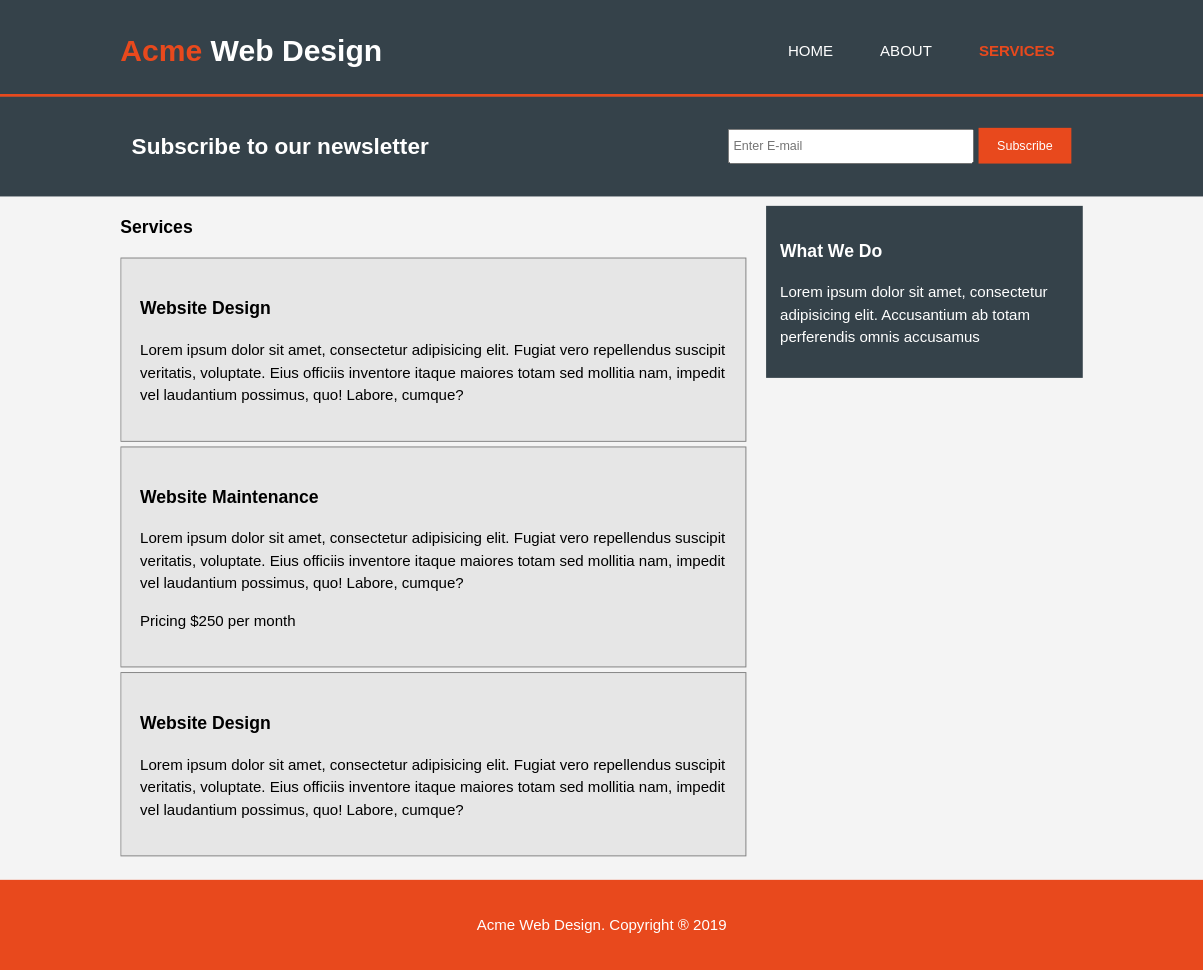
Repository: soloestuardo/bootstrap
Page: proyectos/yout/services.html
The author's editor kept a record of every edit. The page is drawn from the files as they stood at one moment, then again after the next edit.
The browser window is 1280 px wide. The pictures show the whole page, at 94% of full size.
Some web libraries are served in a nearby version.

Above is the page before.

After the next edit:
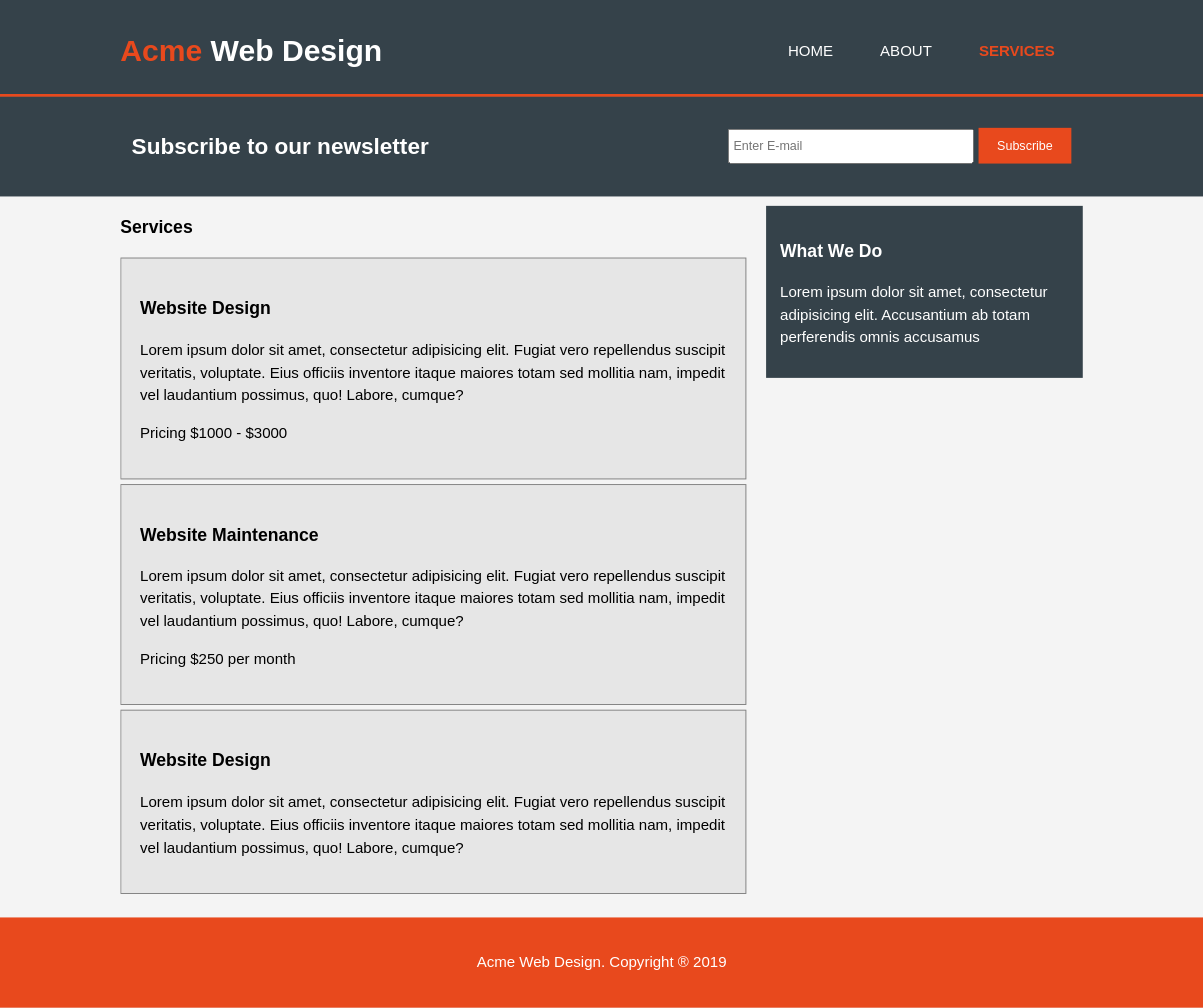
The edit:
--- a/proyectos/yout/services.html
+++ b/proyectos/yout/services.html
@@ -60,6 +60,7 @@
                 <ul id="services">
                     <li><h3>Website Design</h3>
                     <p>Lorem ipsum dolor sit amet, consectetur adipisicing elit. Fugiat vero repellendus suscipit veritatis, voluptate. Eius officiis inventore itaque maiores totam sed mollitia nam, impedit vel laudantium possimus, quo! Labore, cumque?</p>
+                    <p>Pricing $1000 - $3000</p>
                     </li>
 
                     <li><h3>Website Maintenance</h3>
